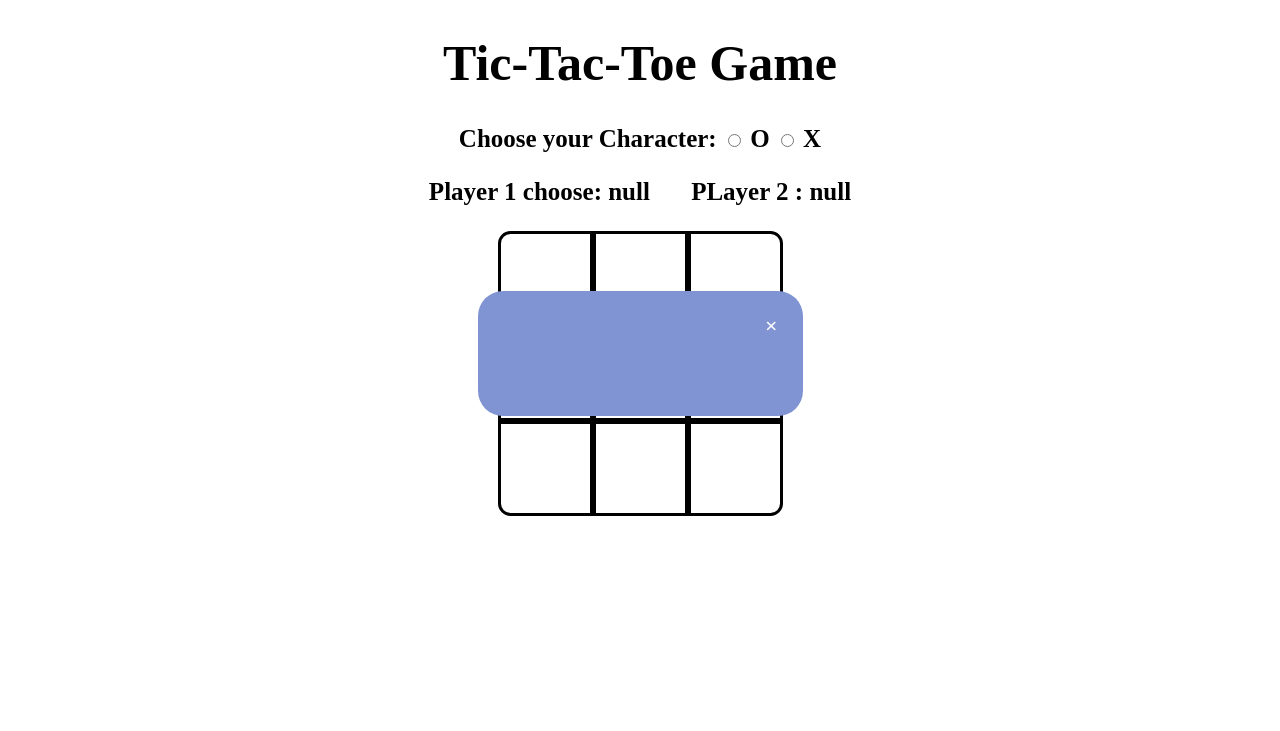
Repository: 0101chaitanya/Tic-Tac-Toe
Page: index.html
The author's editor kept a copy of each file at every save. The page is drawn from the files as they stood at one save, then again after the next save.
The browser window is 1280 px wide. The pictures show the whole page.

Above is the page before, as saved 2021-06-12 12:15:53.

After the next save:
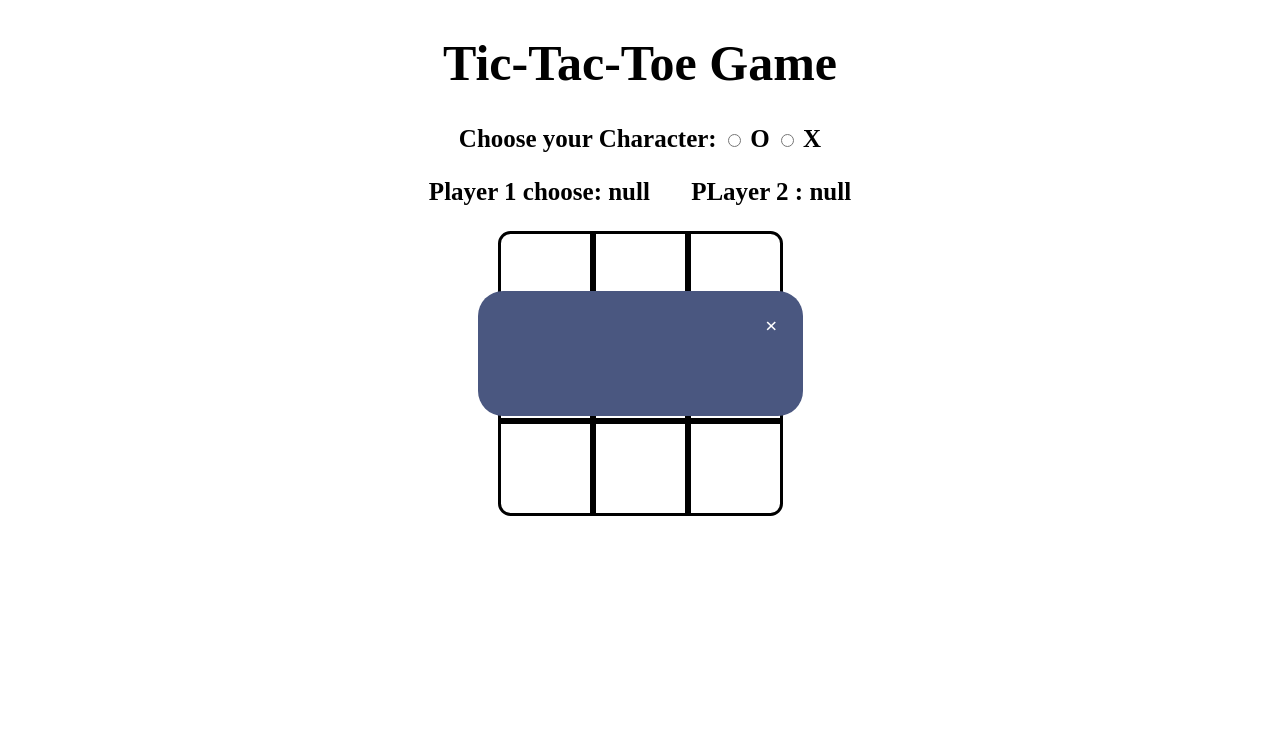
Saved 4 s later.
--- a/styles.css
+++ b/styles.css
@@ -103,7 +103,7 @@ label>input {
     position: relative;
     top: -12rem;
     border-color: rgb(162, 162, 192);
-    background-color: rgb(128, 148, 211);
+    background-color: rgb(74, 87, 128);
     color: white;
     opacity: 1;
     transition: opacity 0.6s;
